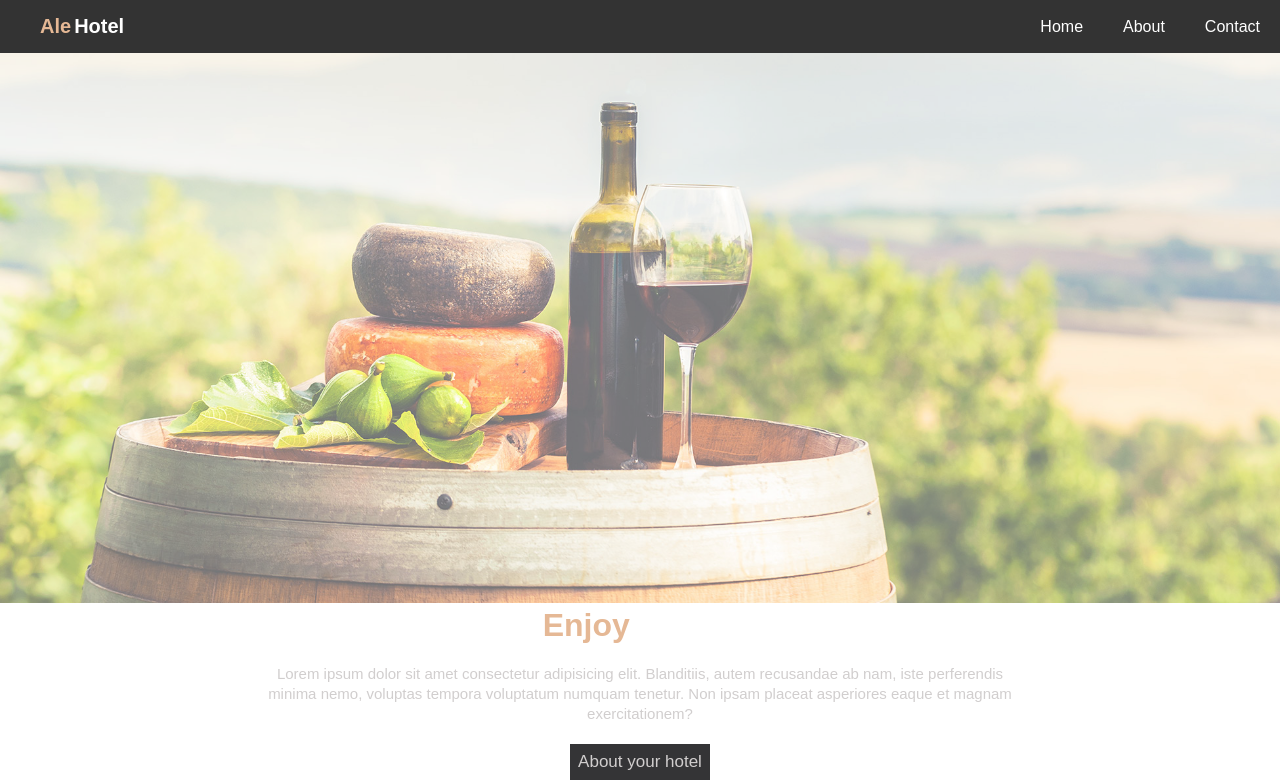
Repository: Ngoc28/HTML-CSS
Page: aleHoltel/index.html
These files come from the project's save history. The page is drawn as it stood at one moment and after the next save; the edit follows.
The browser window is 1280 px wide. The pictures show the whole page.

Above is the page before, as saved 2023-08-05 23:38:06.

### aleHoltel/index.html
<!DOCTYPE html>
<html lang="en">
<head>
    <meta charset="UTF-8">
    <meta name="viewport" content="width=device-width, initial-scale=1.0">
    <title>Ale Hotel</title>
    <link rel="stylesheet" href="./style.css">
</head>
<body>
    <header>
        <div class="header-logo">
            <h1 class="heading">Ale<span>Hotel</span></h1>
        </div>
        <nav class="header-nav">
            <ul class="nav-link">
                <li class="nav-item"><a href="">Home</a></li>
                <li class="nav-item"><a href="">About</a></li>
                <li class="nav-item"><a href="">Contact</a></li>
            </ul>
        </nav>
    </header>
    <main>
        <div class="container">
            <div class="about">
                <div class="about-img">
                    <img src="./img/banner1.jpg" alt="About us" height="550px" width="100%">
                </div>
                <div class="about-introduce">
                    <h1 class="about-heading">Enjoy<span>Your Stay</span></h1>
                    <p class="about-text">
                        Lorem ipsum dolor sit amet consectetur adipisicing elit. Blanditiis, autem recusandae ab nam, iste perferendis minima nemo, voluptas tempora voluptatum numquam tenetur. Non ipsam placeat asperiores eaque et magnam exercitationem?
                    </p>
                    <button class="about-btn">About your hotel</button>
                </div>
            </div>
        </div>
    </main>
</body>
</html>

### aleHoltel/style.css
*{
    margin: 0;
    padding: 0;
    box-sizing: border-box;
}

body {
    font-family:Arial, Helvetica, sans-serif;
}

header {
    display: flex;
    justify-content: space-between;
    align-items: center;
    background-color: #333333;
}

.header-logo {

}

.header-logo > .heading {
    padding: 15px 40px;
    font-size: 20px;
    color: #e5b895;
}

.heading span {
    color: #fff;
    padding-left: 3px;
}

.header-nav {
    display: block;
}

.nav-link {
    display: flex;
}

.nav-item {
    display: block;
}

.nav-item a {
    padding: 15px 20px;
    color: #fff;
    text-decoration: none;
    display: block;
}

.nav-item a:hover {
    background: #bd0a0a;
}

/* Container */
.container {

}

.about {

}

.about-img {
    position: relative;
}

.about-img img {
    object-fit: cover;
    opacity: .6;
    background: rgba(0, 0, 0, .8);
}


.about-introduce {
    margin: 0 auto;
    width: 60%;
    text-align: center;
}

.about-heading {
    color: #e5b895;
}

.about-heading span {
    color: #fff;
    font-size: 25px;
    font-weight: 500;
}

.about-text {
    padding: 20px 0;
    font-size: 15px;
    color: #d1cece;
    line-height: 20px;
}

.about-btn {
    background: #343436;
    color: #d1cece;
    padding: 8px;
    font-size: 17px;
    border: none;
}

After the next save:
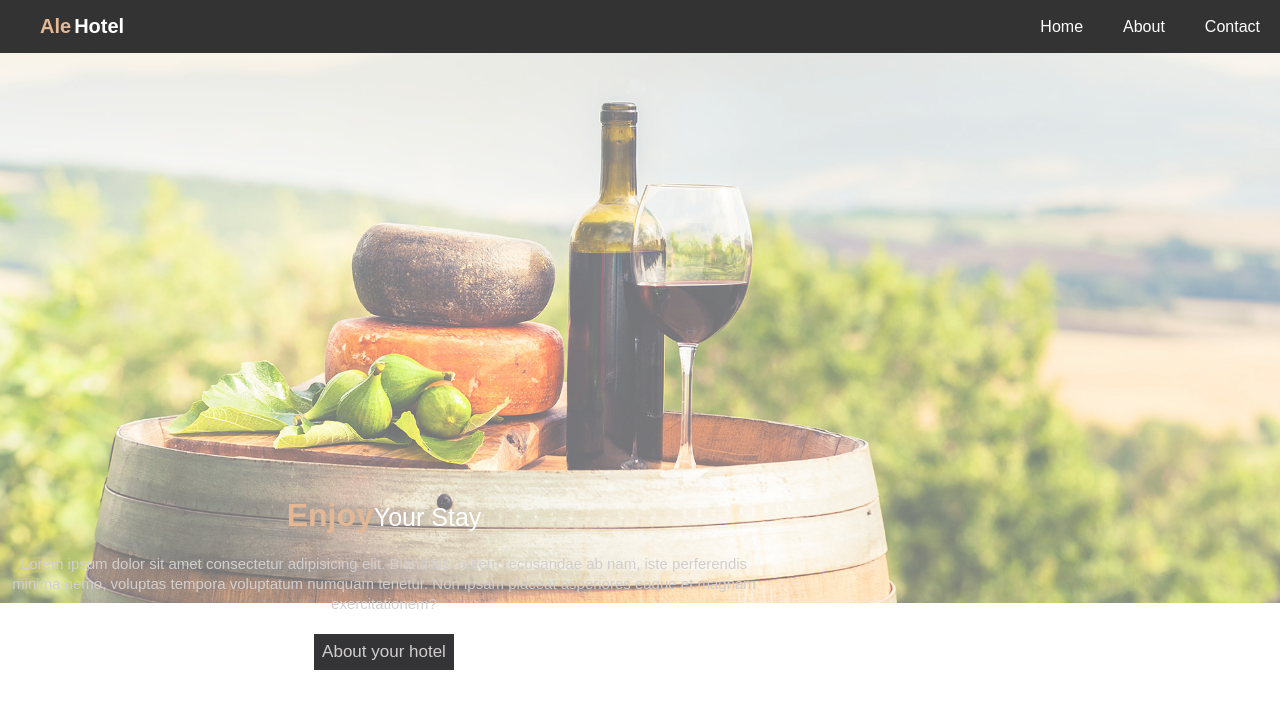
Saved 20 s later.
--- a/aleHoltel/style.css
+++ b/aleHoltel/style.css
@@ -74,6 +74,8 @@ header {
 
 
 .about-introduce {
+    position: absolute;
+    bottom: 50px;
     margin: 0 auto;
     width: 60%;
     text-align: center;
